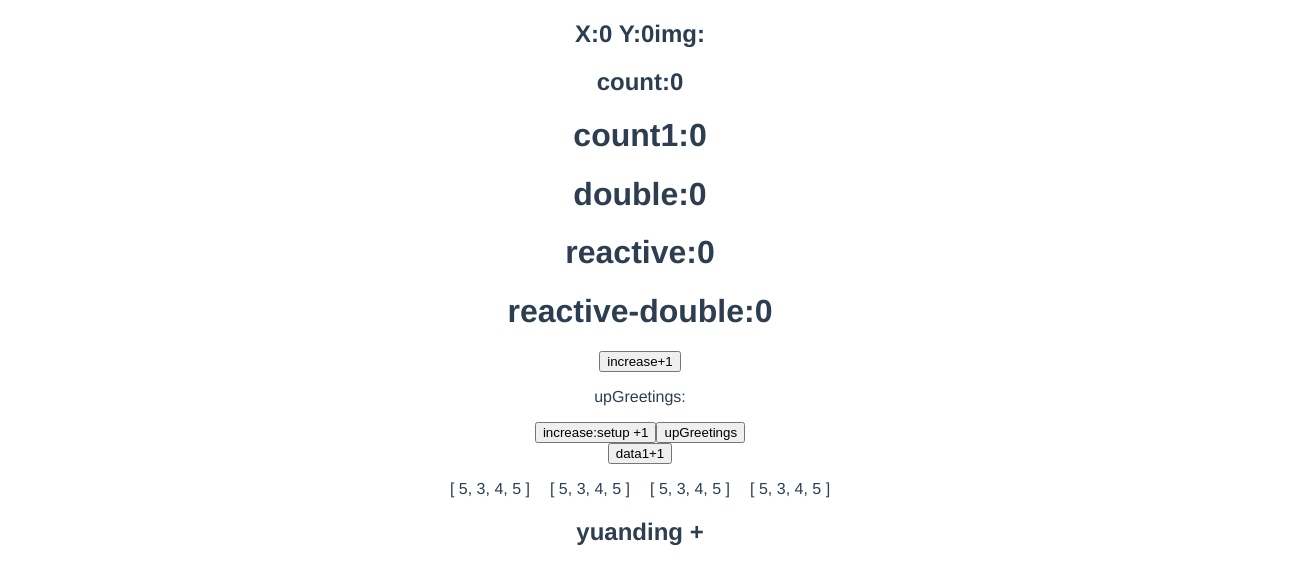
Repository: yuandinghh/vue3t2
Page: /
An editor plug-in stored every save of this project. The page is shown before and after the next save, followed by the edit.
The browser window is 1280 px wide. The page is 1280 px wide, then 1290 px, then 1280 px, so the pictures cover 1290 px, including what lies to the right of the window. The pictures show the whole page.
The page's requests for data from a server got no answer. The project was rebuilt for these pictures with package versions that can differ from the ones it lists, and the page was loaded fresh each time. No one was signed in, and anything a server would have sent is missing.

Above is the page before, as saved 2023-02-27 01:50:17.

### public/index.html
<!DOCTYPE html>
<html lang="ts">
  <head>
    <meta charset="utf-8">
    <meta http-equiv="X-UA-Compatible" content="IE=edge">
    <meta name="viewport" content="width=device-width,initial-scale=1.0">
    <link rel="icon" href="<%= BASE_URL %>favicon.ico">
    <title> vue3</title>
  </head>
  <body>
    <noscript>
      <strong>We're sorry but <%= htmlWebpackPlugin.options.title %> doesn't work properly without JavaScript enabled. Please enable it to continue.</strong>
    </noscript>
    <div id="app"></div>
    <!-- built files will be auto injected -->
  </body>
</html>

### src/App.vue

<template>
  <div id="app">
    <!-- <img alt="Vue logo" src="./assets/logo.png" /> -->
    <HelloWorld msg="Welcome to Your Vue.js + TypeScript App" />
  </div>
</template>

<script lang="ts">
import { defineComponent } from "vue";
import HelloWorld from "./components/HelloWorld.vue";
// const let a =1;
export default defineComponent({
  name: "App",

  components: {
    HelloWorld,
  },
});
</script>

<style>
#app {
  font-family: Avenir, Helvetica, Arial, sans-serif;
  -webkit-font-smoothing: antialiased;
  -moz-osx-font-smoothing: grayscale;
  text-align: center;
  color: #2c3e50;
  margin-top: 20px;
}

</style>

### src/components/HelloWorld.vue
<template>
  <div class="hello">
    <h2 v-if="loading">Loadin>>>>>.message  v-if="loaded"</h2>
    <img v-if="loaded"  :src="img">   <!--   <img v-if="loaded" :src="img"> 加了v-if="loaded"  反而无法显示 (子程序出错) -->
    <h2>X:{{ x }} Y:{{ y }}img:{{ img }}</h2>
    <h2>count:{{ count }}</h2>
    <h1>count1:{{ count1 }}</h1>
    <h1>double:{{ double }}</h1>
    <h1>reactive:{{ data1.count }}</h1>
    <h1>reactive-double:{{ data1.double }}</h1>
    <button @click="increase">increase+1</button>
    <div>
      <p>upGreetings:{{ greetings }}</p>
      <button @click="increase1">increase:setup +1</button>
      <button @click="upGreetings">upGreetings</button>
    </div>
    <button @click="data1.increase">data1+1</button>
    <ul>
      <li v-for="number in numbers" :key="number"> {{ numbers }}</li>
    </ul>
  </div>
  <h2> {{ person.name }} + {{}}</h2>
</template>

<script lang="ts">
//todo
//bug
//tag
import { defineComponent } from "vue";
import { ref, computed, reactive, toRefs, watch } from "vue";  //torefs 响应式函数,onMounted,onUnmounted onMounted,onUpdated,onRenderTriggered,
import useMousePosition from '../hooks/useMousePosition'  //获得外部函数
import useURLloader from '../hooks/useURLloader'

interface Dp {
  count: number;
  double: number;
  increase: () => void;
  numbers: number[];
  person: { name?: string }
}

export default defineComponent({
  name: "HelloWorld",
  props: {
    msg: String,
  },
  setup() {
    const { x, y } = useMousePosition()
    // onMounted(()=>{   //加载
    //   console.log('onMounted')
    // });
    // onUpdated(()=>{
    //   console.log('onUpdated')   ///更新 加载函数
    // });
    // onRenderTriggered((event) => {  //跟踪页面数值变化
    //   console.l og(event)
    // })
    const { img, result, loading, loaded } = useURLloader('https://dog.ceo/api/breeds/image/random');

    console.log("result: " + result.value + "  loading:" + loading.value + "  loaded:" + loaded)
    console.log("img::::: " + img.value)
    console.log("img " + img)
    console.log("result.value: " + result.value)

    const greetings = ref('')
    const upGreetings = () => {
      greetings.value += 'hello!'
    }
    // const x = ref(0);    const y = ref(0)  //已经转移到新的文件夹中
    // const upateMouse = (e:MouseEvent) => {  //监控屏幕坐标
    //   x.value = e.pageX
    //   y.value = e.pageY
    // }
    //   onMounted(() => {
    //     document.addEventListener('click', upateMouse)
    //   })
    //   onUnmounted(()=> {
    //     document.removeEventListener('click',upateMouse)
    //   })
    watch(greetings, (newValue, oldValue) => {  //监控 点击前后数值
      console.log("newValue: " + newValue + "  oldValue:" + oldValue)
      document.title = 'updated' + greetings.value
    });

    const count1 = ref(0);
    // const double = computed(() => {
    //   return count1.value * 2;
    // });
    const increase1 = () => {
      count1.value++;
    };

    const data1: Dp = reactive({
      count: 0,
      increase: () => { data1.count++; },
      double: computed(() => data1.count * 3),
      numbers: [0, 3, 4, 5],
      person: {}
    });
    data1.numbers[0] = 5
    data1.person.name = "yuanding"
    const refdata = toRefs(data1) //
    refdata.double
    return {
      count1,
      increase1,      //double,
      data1,
      upGreetings,
      greetings,
      x, y, img,
      result,
      loaded, loading,
      ...refdata    //全部响应式对象
    };
  },
  data() {
    return {
      count: 0,
    };
  },

  methods: {
    increase() {
      this.count++;
    },
  },
});
</script>
ø
<!-- Add "scoped" attribute to limit CSS to this component only -->
<style scoped>
body {
  margin: -10px;
  padding: -10px;

}
h3 {
  margin: 40px 0 0;
}

ul {
  list-style-type: none;
  padding: 0;
}

li {
  display: inline-block;
  margin: 0 10px;
}

a {
  color: #42b983;
}
</style>

### src/hooks/useMousePosition.ts
import { ref, onMounted, onUnmounted }   from 'vue'
function  useMousePosition() {
    const x = ref(0); const y = ref(0)
    const upateMouse = (e: MouseEvent) => {  //监控屏幕坐标
        x.value = e.pageX
        y.value = e.pageY
    }
    onMounted(() => {
        document.addEventListener('click', upateMouse)
    })
    onUnmounted(() => {
        document.removeEventListener('click', upateMouse)
    })
    return {x,y}
}
export default useMousePosition

### src/hooks/useURLloader.ts
import axios from 'axios';
import { ref } from 'vue'

function useURLloader(url: string) {
    const result = ref(null)
    const loading = ref(true)
    const loaded = ref(false)
    const error = ref(null)
    const img = ref('')    //ref(String)

    axios.get(url).then((rawData) => {
        console.log("rawData:" + rawData)
        loading.value = false
        loaded.value = true
        result.value = rawData.data.message
        console.log('ts:result.value:' + result.value)
        img.value = rawData.data.message
        console.log('img:?' + img.value)
        console.log(rawData.data.status)
    }).catch((e) => {
        error.value = e
        loading.value = false
        console.log(e)
    })
    return {
        result, loaded, loading, error, img
    }
}
export default useURLloader

Loaded but not shown: src/main.ts (common file)

After the next save:
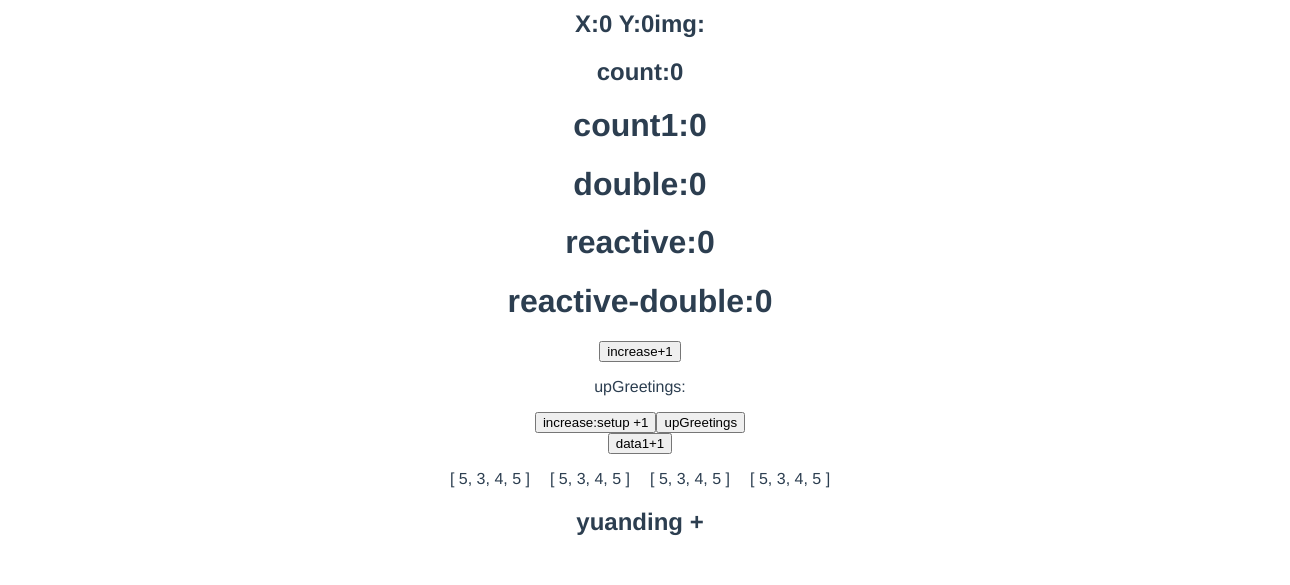
Saved 63 s later.
--- a/public/index.html
+++ b/public/index.html
@@ -1,17 +1,28 @@
 <!DOCTYPE html>
 <html lang="ts">
-  <head>
-    <meta charset="utf-8">
-    <meta http-equiv="X-UA-Compatible" content="IE=edge">
-    <meta name="viewport" content="width=device-width,initial-scale=1.0">
-    <link rel="icon" href="<%= BASE_URL %>favicon.ico">
-    <title> vue3</title>
-  </head>
-  <body>
-    <noscript>
-      <strong>We're sorry but <%= htmlWebpackPlugin.options.title %> doesn't work properly without JavaScript enabled. Please enable it to continue.</strong>
-    </noscript>
-    <div id="app"></div>
-    <!-- built files will be auto injected -->
-  </body>
+
+<head>
+  <meta charset="utf-8">
+  <meta http-equiv="X-UA-Compatible" content="IE=edge">
+  <meta name="viewport" content="width=device-width,initial-scale=1.0">
+  <link rel="icon" href="<%= BASE_URL %>favicon.ico">
+  <style>
+    body {
+      margin: -10px;
+      padding: -10px;
+
+    }
+  </style>
+  <title> vue3</title>
+</head>
+
+<body>
+  <noscript>
+    <strong>We're sorry but <%= htmlWebpackPlugin.options.title %> doesn't work properly without JavaScript enabled.
+        Please enable it to continue.</strong>
+  </noscript>
+  <div id="app"></div>
+  <!-- built files will be auto injected -->
+</body>
+
 </html>

After the save that followed:
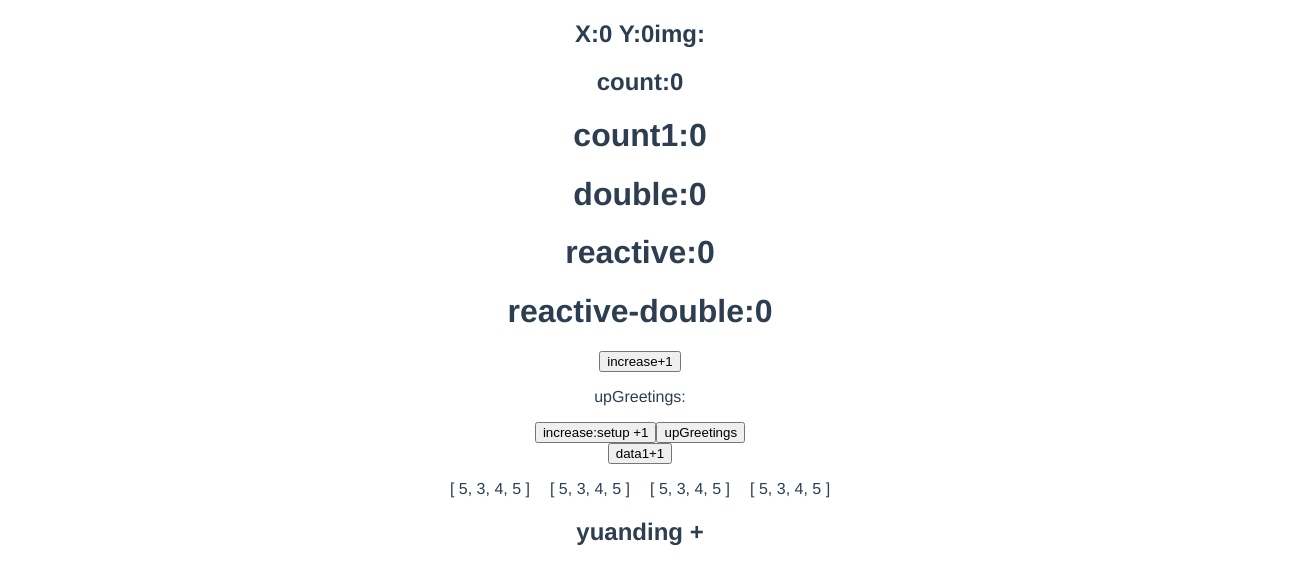
Saved 38 s later.
--- a/public/index.html
+++ b/public/index.html
@@ -8,7 +8,7 @@
   <link rel="icon" href="<%= BASE_URL %>favicon.ico">
   <style>
     body {
-      margin: -10px;
+      margin: 0px;
       padding: -10px;
 
     }
